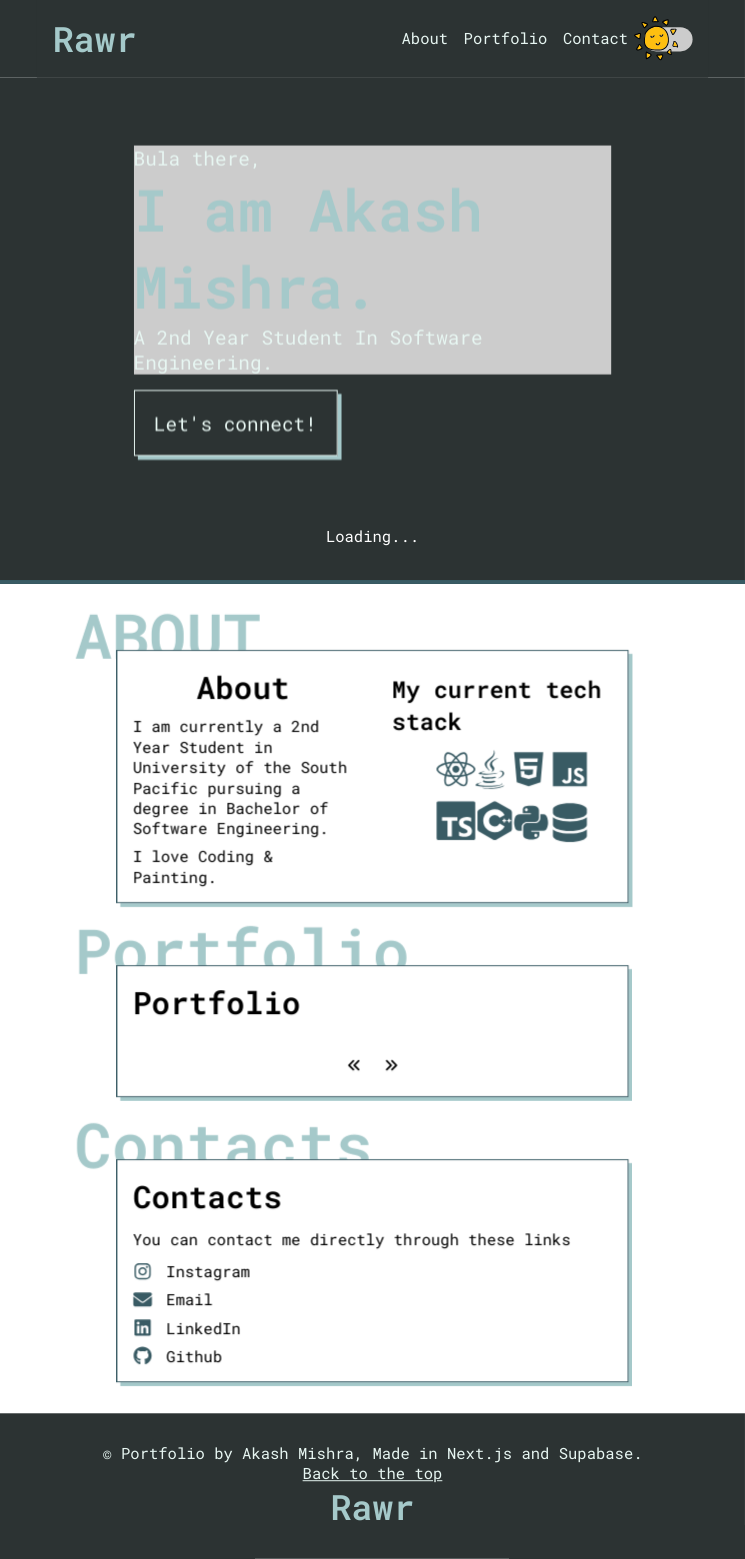
Repository: akashrawr/personal-portfolio
Page: /
The author's editor kept a copy of each file at every save. The page is drawn from the files as they stood at one save, then again after the next save.
The browser window is 768 px wide. The pictures show the whole page, at 97% of full size.
The page's requests for data from a server got no answer. The project was rebuilt for these pictures with package versions that can differ from the ones it lists, and the page was loaded fresh each time. The framework's server and built-in components were replaced by stand-ins that run in the browser. No one was signed in, and anything a server would have sent is missing. Also part of the build but not shown: next.config.ts.

Above is the page before, as saved 2025-01-03 20:41:43.

After the next save:
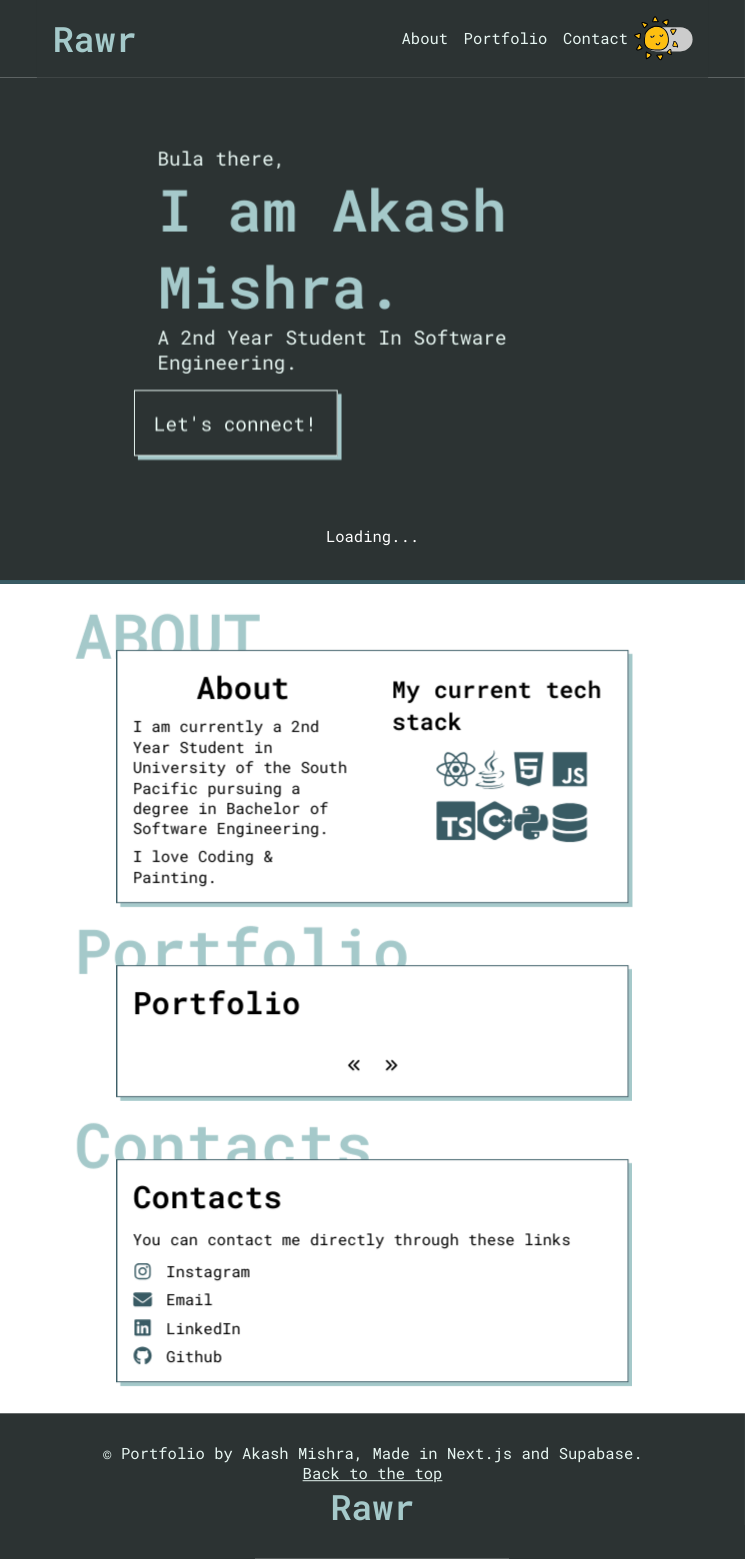
Saved 2 min 28 s later.
--- a/app/globals.css
+++ b/app/globals.css
@@ -312,8 +312,9 @@
     height: auto;
   }
   .hero-text-container {
-    text-align: left;
-    background-color:#ccc;
+    padding: 0;
+    width: 90%;
+    margin: 0 auto; /* Optional: Center the container */
   }
 
 

After the save that followed:
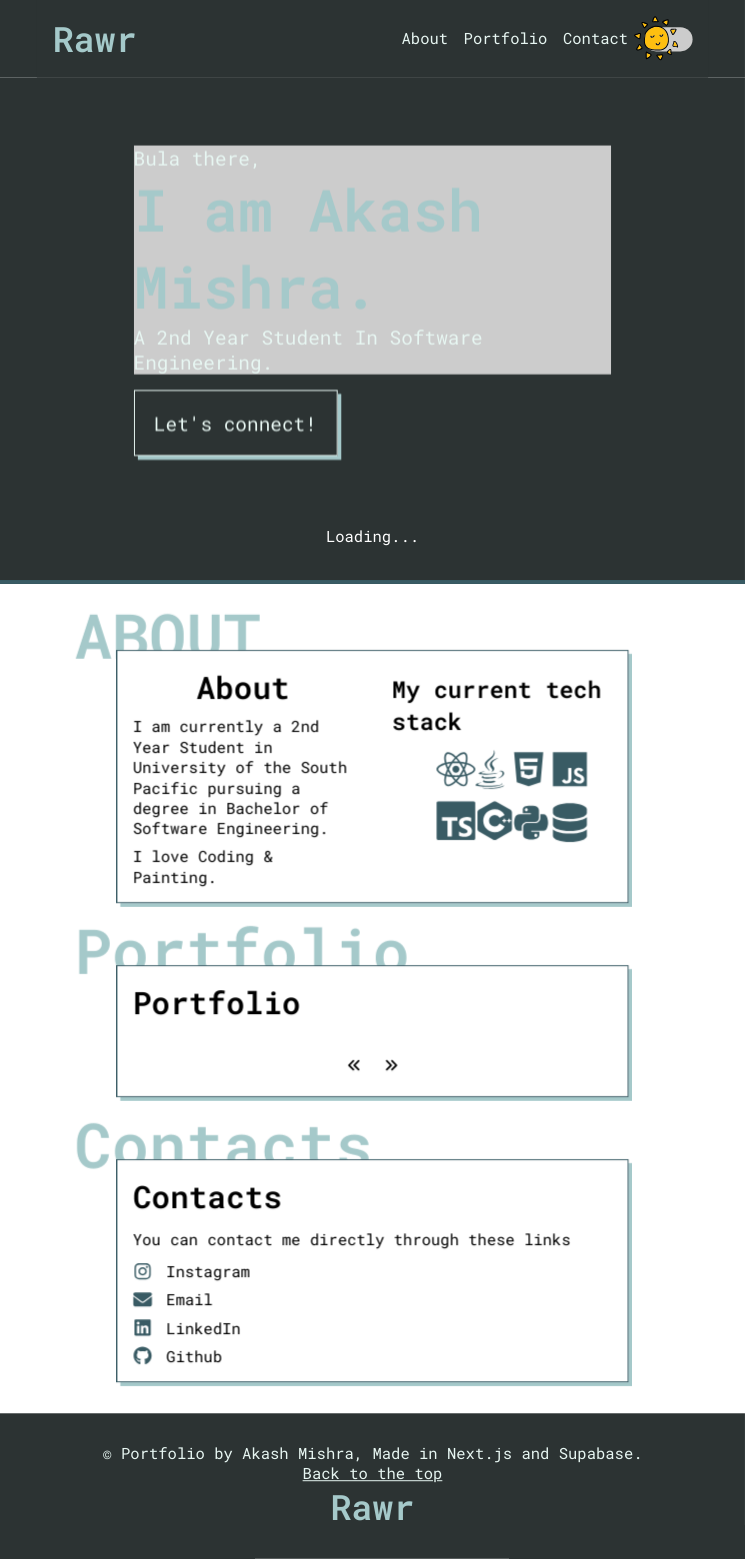
Saved 33 s later.
--- a/app/globals.css
+++ b/app/globals.css
@@ -312,9 +312,8 @@
     height: auto;
   }
   .hero-text-container {
-    padding: 0;
-    width: 90%;
-    margin: 0 auto; /* Optional: Center the container */
+    text-align: left;
+    background-color:#ccc;
   }
 
 
